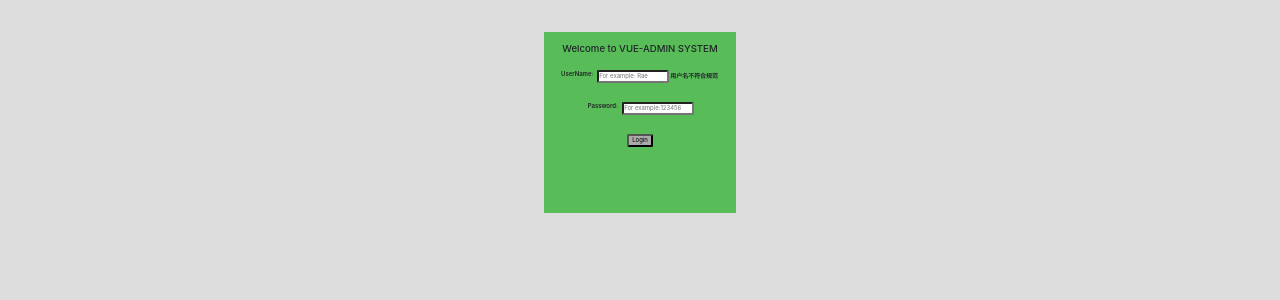
Repository: gzh51904/baiyangApp
Page: / (app in houtai/Vue-admin/)
The author's editor kept a copy of each file at every save. The page is drawn from the files as they stood at one save, then again after the next save.
The browser window is 1280 px wide. The pictures show the whole page.
The project was rebuilt for these pictures with package versions that can differ from the ones it lists, and the page was loaded fresh each time. Also part of the build but not shown: houtai/Vue-admin/vue.config.js.

Above is the page before, as saved 2019-05-11 11:10:11.

### houtai/Vue-admin/public/index.html
<!DOCTYPE html>
<html lang="en">
  <head>
    <meta charset="utf-8">
    <meta http-equiv="X-UA-Compatible" content="IE=edge">
    <meta name="viewport" content="width=device-width,initial-scale=1.0">
    <link rel="icon" href="<%= BASE_URL %>favicon.ico">
    <title>secco-admin</title>
    <style>
    html,body{
      width:100%;
      height:100%;
    }

    </style>
  </head>
  <body>

    <div id="app"></div>
    <!-- built files will be auto injected -->
  </body>
</html>

### houtai/Vue-admin/src/main.js
import Vue from 'vue'
import App from './App.vue'
import router from './router/router'
import store from './store'

// import axios from "axios";
// Vue.prototype.$axios = axios;

// import bootstrap lib to the project,没有路径就会直接去找node_modules
import "bootstrap";

import 'lib-flexible';
Vue.config.productionTip = false

new Vue({
  router,
  store,
  render: h => h(App)
}).$mount('#app')

### houtai/Vue-admin/src/App.vue
<template>
  <div id="app">

    <router-view/>
  </div>
</template>
<script>
export default {

}
</script>

<style>
@import  '../node_modules/bootstrap/dist/css/bootstrap.css';

#app{
  height:100%;
  width:100%;
  background-color: #ddd;
  overflow:hidden;
}
</style>

### houtai/Vue-admin/src/router/router.js
import Vue from 'vue'
import Router from 'vue-router'
import Login from '../pages/login.vue'


Vue.use(Router)

export default new Router({
  mode: 'history',
  base: process.env.BASE_URL,
  routes: [
    {
      path: '/',
      name: 'Login',
      component: Login
    },
    {
      path: '/admin',
      name: 'admin',
      meta: {
        requireAuth: true
      },
      // route level code-splitting
      // this generates a separate chunk (about.[hash].js) for this route
      // which is lazy-loaded when the route is visited.
      component: () => import(/* webpackChunkName: "about" */ '../pages/admin/admin.vue'),
      children: [
        {
          path: 'goods',
          name: 'goods',
          title: '商品管理',
          component: () => import('../pages/admin/goods/goods'),//路径要自己改
          children:[
            {
              path: 'list',
              name: 'list',
              title: '商品列表',
              component: () => import('../pages/admin/goods/list'),//路径要自己改
            },
            {
              path: 'categories',
              name: 'categories',
              title: '商品分类',
              component: () => import('../pages/admin/goods/categories'),//路径要自己改
            },
            {
              path: 'addgoods',
              name: 'addgoods',
              title: '添加商品',
              component: () => import('../pages/admin/goods/addgoods'),//路径要自己改
            },
          ]
        },
        {
          path: 'users',
          name: 'users',
          title: '用户管理',
          component: () => import('../pages/admin/users/users'),//路径要自己改
          children:[
            {
              path: 'list',
              name: 'list',
              title: '用户列表',
              component: () => import('../pages/admin/users/list'),//路径要自己改
            },
            {
              path: 'adduser',
              name: 'adduser',
              title: '添加用户',
              component: () => import('../pages/admin/users/adduser'),//路径要自己改
            },

          ]
        },
      ]
    }
  ]
})

### houtai/Vue-admin/src/store/index.js
import Vue from 'vue'
import Vuex from 'vuex'
import createPersistedState from 'vuex-persistedstate'

Vue.use(Vuex)

/* eslint-disable no-new */
const store = new Vuex.Store({
  plugins: [createPersistedState()],
  modules: {
  }
})

export default store

### houtai/Vue-admin/src/pages/login.vue
<template>
<div class="login">
    <h3>Welcome to VUE-ADMIN SYSTEM</h3>
    <div class="login-form">
        <div class="login-form-item">
            <span>UserName:</span>
            <input type="text" id="username" placeholder="For example: Rae" v-model="username" @blur="checkName">
            <strong class="alert">用户名不符合规范</strong>
        </div>
        <div  class="login-form-item">
              <span>Password:</span>
            <input type="password" id="password" placeholder="For example:123456" v-model="password" @blur="checkPassword">
        </div>
        <div  class="login-form-item">
            <button class="login-btn">Login</button>
        </div>
    </div>


</div>
</template>
<script>
export default {
    data(){
        return {
            username:null,
            password:null

        }
    },
    methods:{
        checkName(){

        },
        checkPassword(){

        }

    }
}
</script>
<style lang="scss" scoped>
*{
    padding:0px;
    margin:0px;
}
.login{
    margin: 2rem auto;
    overflow:hidden;
    width: 12rem;
    height:11.333333rem;
    /* height:5rem; */
    background-color:#58bc58;
    padding-top:.013333rem;
    h3{
        margin: .666667rem auto;
        text-align: center;
        font-size: .6rem;
        font-weight: 500;
        margin-bottom:1rem;
    }
    .login-form{

        display:flex;
        flex-direction:column;
        justify-content: space-around;
        align-items: center;
        .login-form-item{
            height:2rem;
            font-size: .373333rem;

        span{
            float:left;
            width:2rem;
            text-align: right;
            margin-right: .266667rem;
            font-weight: 600;
        }
        input{
            width:4.5rem;
            border-radius: 5%;

       ::placeholder{
           color: #aaa;
       }
         }
         button{
             background-color:#aaa;
             padding:0 .2rem;
             border-radius:10%;
         }
        }
        }
    }


</style>

After the next save:
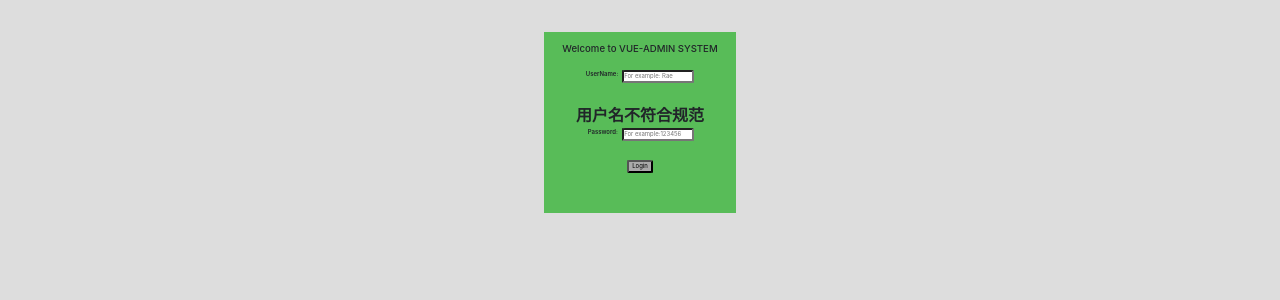
Saved 21 s later.
--- a/houtai/Vue-admin/src/pages/login.vue
+++ b/houtai/Vue-admin/src/pages/login.vue
@@ -5,8 +5,9 @@
         <div class="login-form-item">
             <span>UserName:</span>
             <input type="text" id="username" placeholder="For example: Rae" v-model="username" @blur="checkName">
-            <strong class="alert">用户名不符合规范</strong>
+
         </div>
+         <strong class="alert">用户名不符合规范</strong>
         <div  class="login-form-item">
               <span>Password:</span>
             <input type="password" id="password" placeholder="For example:123456" v-model="password" @blur="checkPassword">
